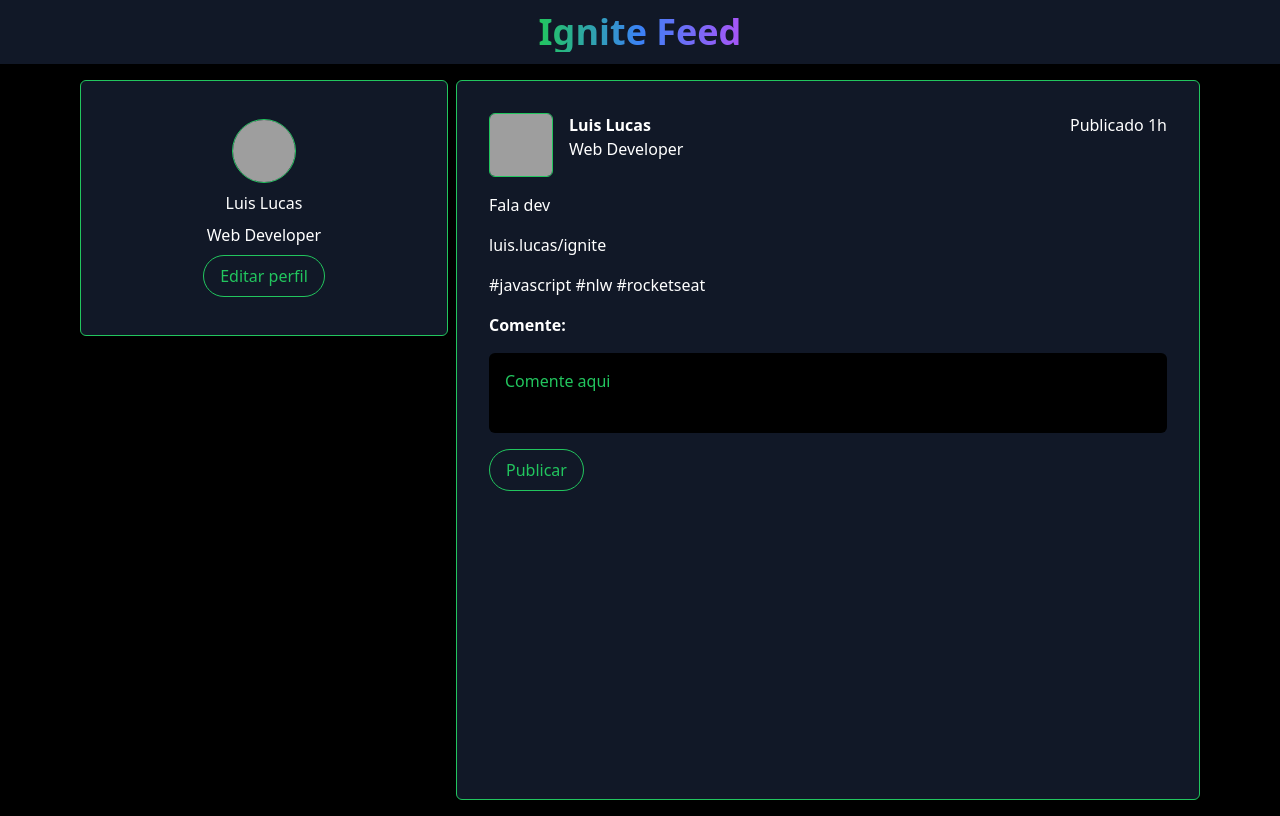
Repository: LuisSempre/ignite-feed
Page: /
The author's editor kept a copy of each file at every save. The page is drawn from the files as they stood at one save, then again after the next save.
The browser window is 1280 px wide. The pictures show the whole page.
Pictures or frames that could not be fetched are drawn as grey boxes. The project was rebuilt for these pictures with package versions that can differ from the ones it lists, and the page was loaded fresh each time. Also part of the build but not shown: vite.config.js.

Above is the page before, as saved 2022-07-14 00:10:55.

### src/App.jsx
import { Header } from "./Components/Header"
import { Sidebar } from "./Components/Sidebar"
import { Post } from "./Components/Post"
function App() {
  return (
    <div>
      <Header />
      <div className="max-w-6xl mx-auto p-4 grid grid-cols-3 gap-2 items-start">
        <Sidebar />
        <div className="col-span-2">
         <Post />
        </div>
      </div>
    </div>
  );
}

export default App;

### src/index.css
@tailwind base;
@tailwind components;
@tailwind utilities;

body {
    @apply bg-black text-white;
}

### src/Components/Header.jsx
export function Header() {
  return (
    <div className="flex items-center justify-center h-16 bg-gray-900 mx-auto w-full">
      <h1 className="text-4xl font-bold text-transparent bg-clip-text bg-gradient-to-r from-green-500  via-blue-500 to-purple-500">Ignite Feed</h1>
    </div>
  )
}

### src/Components/Sidebar.jsx
export function Sidebar() {
  return (
    <div className="rounded-md bg-gray-900 justify-center items-center flex flex-col text-center h-64 space-y-2  border border-green-500">
        <img
          className="w-16 h-16 rounded-full overflow-hidden object-cover border border-green-500"
          src="https://avatars.githubusercontent.com/u/32404639?v=4"
          alt=""
        />
        <h1>Luis Lucas</h1>
        <span>Web Developer</span>
        <a
          href=""
          className="border border-green-500 px-4 py-2 rounded-full text-green-500"
        >
          Editar perfil
        </a>
    </div>
  );
}

### src/Components/Post.jsx
export function Post() {
  return (
    <div className=" bg-gray-900 rounded-md h-screen space-y-4 p-8 border border-green-500">
      <div className="flex justify-between ">
        <div className="flex gap-4">
          <img
            className="h-16 w-16 border border-green-500 rounded-md"
            src="https://github.com/luissempre.png"
            alt=""
          />
          <div className="flex flex-col">
            <strong>Luis Lucas </strong>
            <span>Web Developer</span>
          </div>
        </div>
        <div>
          <time dataTime="2022-05-11 08:13:00">Publicado 1h</time>
        </div>
      </div>
      <div className="space-y-4">
        <p>Fala dev</p>
        <p>luis.lucas/ignite</p>
        <p>#javascript #nlw #rocketseat</p>
      </div>

      <form className="flex flex-col justify-start items-start space-y-4">
        <strong>Comente:</strong>
        <textarea
          className="w-full rounded-md bg-black placeholder-green-500 p-4 resize-none focus:-green-500"
          placeholder="Comente aqui"
        />
          <button
            type="submit"
            className="border border-green-500 rounded-full px-4 py-2 text-green-500"
          >
            Publicar
          </button>
      </form>
    </div>
  );
}

Loaded but not shown: index.html (common file); src/main.jsx (common file); tailwind.config.js (common file)

After the next save:
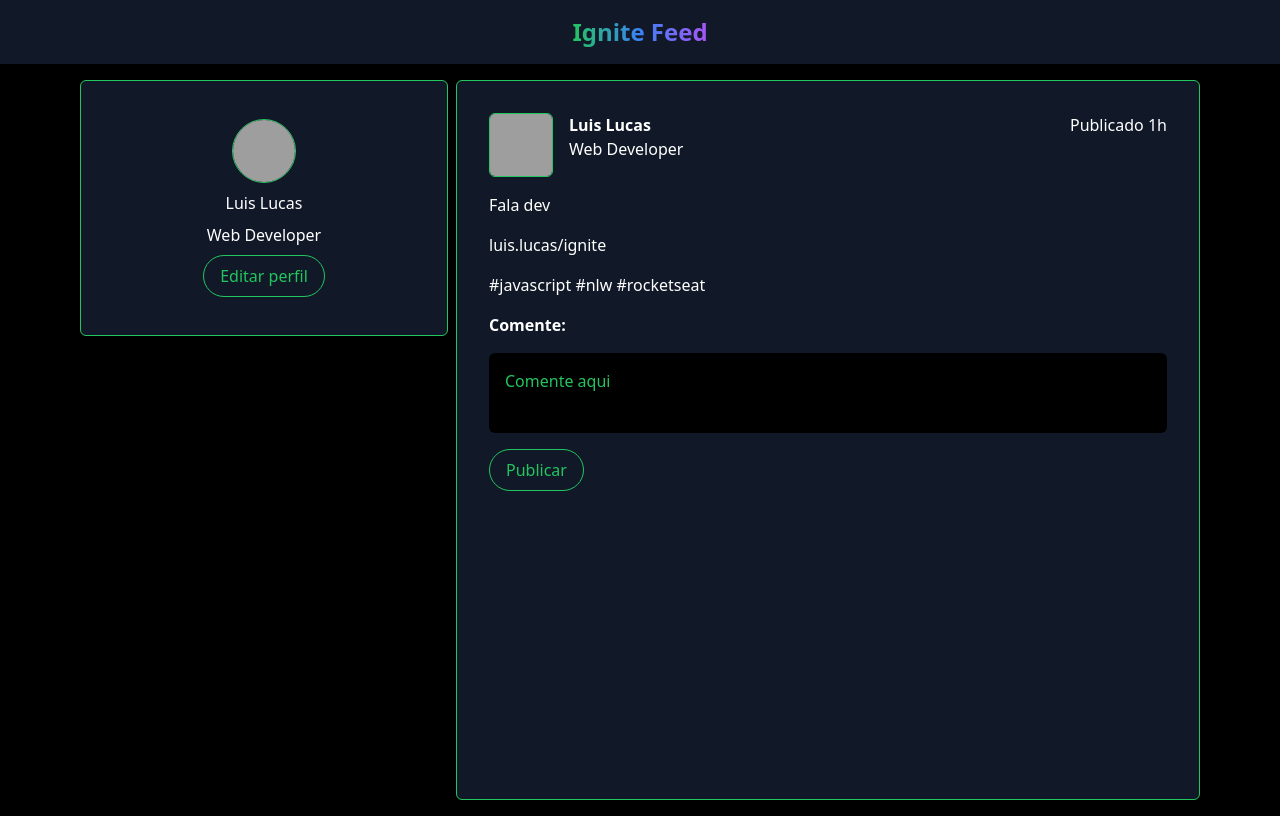
Saved 5 s later.
--- a/src/Components/Header.jsx
+++ b/src/Components/Header.jsx
@@ -1,7 +1,7 @@
 export function Header() {
   return (
     <div className="flex items-center justify-center h-16 bg-gray-900 mx-auto w-full">
-      <h1 className="text-4xl font-bold text-transparent bg-clip-text bg-gradient-to-r from-green-500  via-blue-500 to-purple-500">Ignite Feed</h1>
+      <h1 className="text-2xl font-bold text-transparent bg-clip-text bg-gradient-to-r from-green-500  via-blue-500 to-purple-500">Ignite Feed</h1>
     </div>
   )
 }
